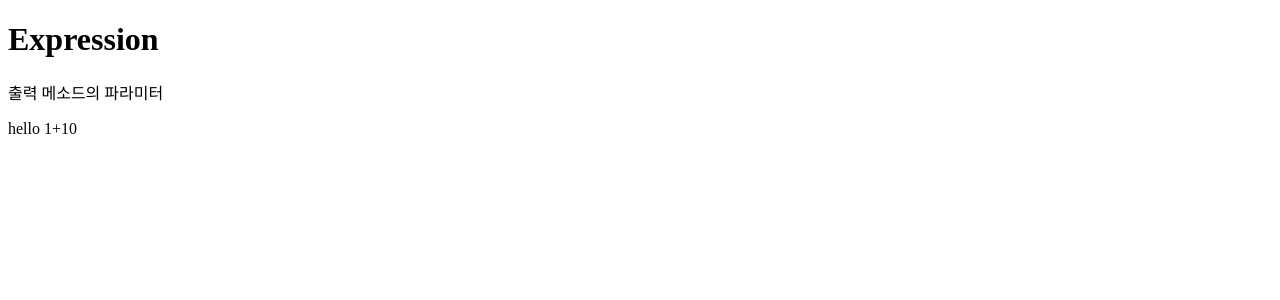
Repository: JJinBBangg/JSP
Page: http://localhost/jsp/ch03/lecture/01script/03expression.jsp
An editor plug-in stored every save of this project. The page is shown before and after the next save, followed by the edit.
The browser window is 1280 px wide. The pictures show the whole page.
The page is served by Tomcat 9. Other server files are loaded and not shown.

Above is the page before, as saved 2023-03-28 00:22:41.

### jsp/src/main/webapp/ch03/lecture/01script/03expression.jsp
<%@ page language="java" contentType="text/html; charset=UTF-8"
	pageEncoding="UTF-8"%>
<!DOCTYPE html>
<html>
<head>
<meta charset="UTF-8">
<title>Insert title here</title>
</head>
<body>
	<h1>Expression</h1>
	<p>출력 메소드의 파라미터</p>
	<%="hello"%>  <!-- out.print로 출력 -->
	<%="1+10"%>  <!-- out.print로 출력 -->

</body>
</html>

After the next save:
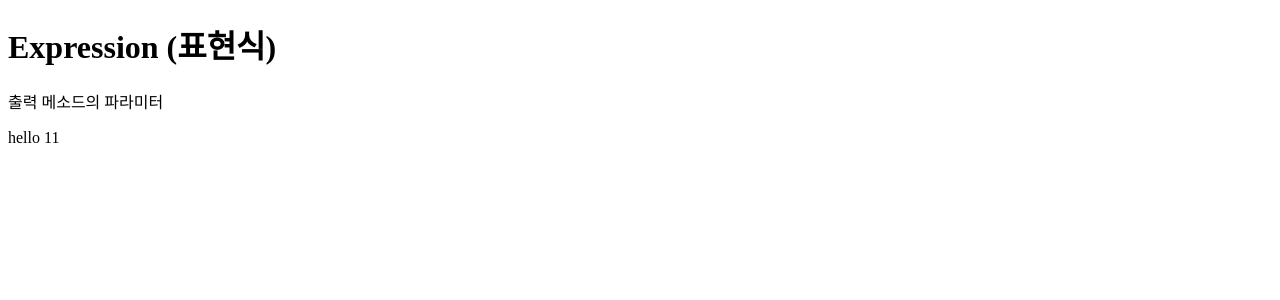
Saved 2 min 54 s later.
--- a/jsp/src/main/webapp/ch03/lecture/01script/03expression.jsp
+++ b/jsp/src/main/webapp/ch03/lecture/01script/03expression.jsp
@@ -7,10 +7,10 @@
 <title>Insert title here</title>
 </head>
 <body>
-	<h1>Expression</h1>
+	<h1>Expression (표현식)</h1>
 	<p>출력 메소드의 파라미터</p>
 	<%="hello"%>  <!-- out.print로 출력 -->
-	<%="1+10"%>  <!-- out.print로 출력 -->
+	<%=1+10%>  <!-- out.print로 출력 -->
 
 </body>
 </html>
